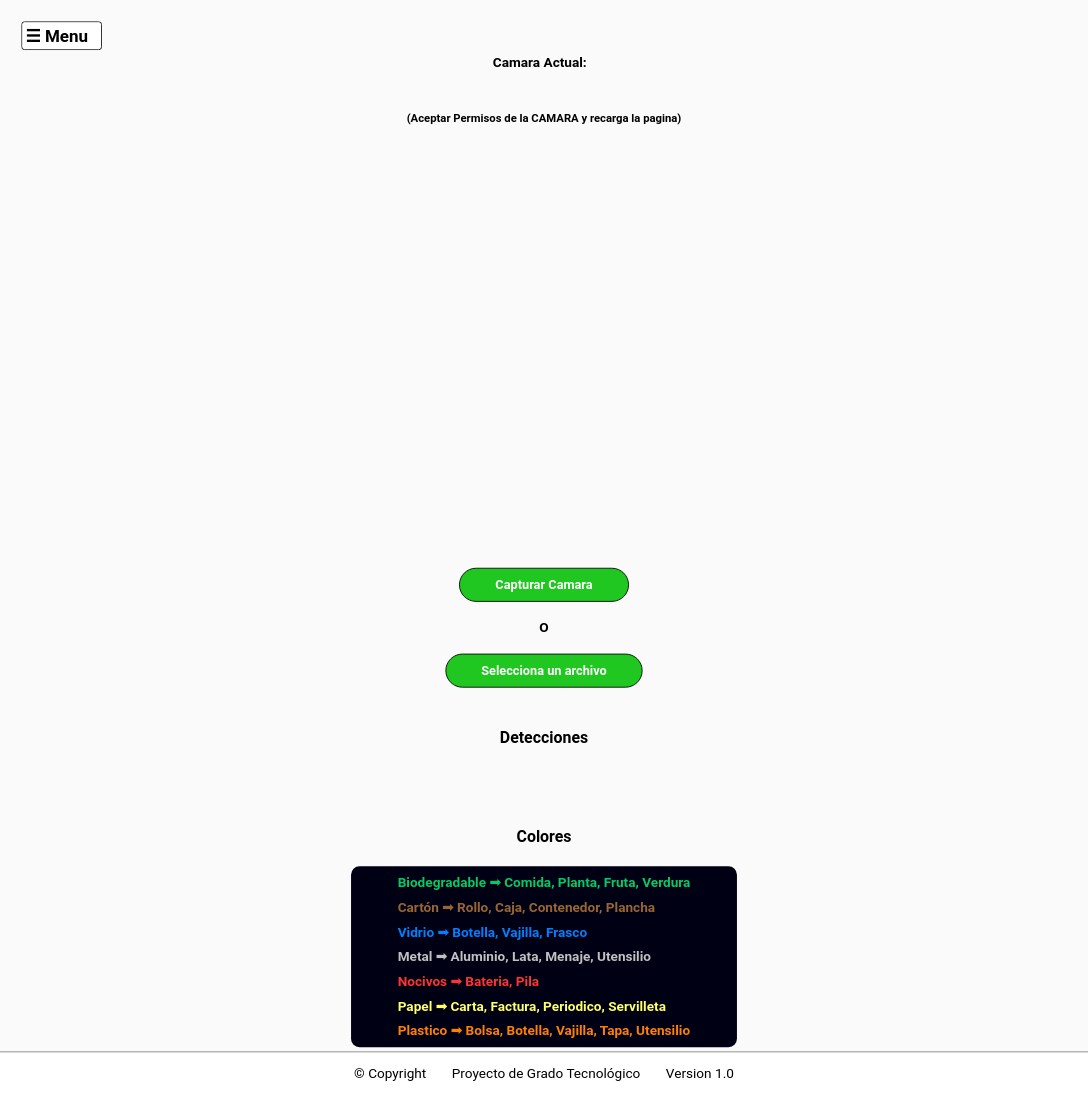
Repository: castecabas/Recicladora
Page: http://localhost/model
These files come from the project's save history. The page is drawn as it stood at one moment and after the next save; the edit follows.
The browser window is 1280 px wide. The pictures show the whole page, at 85% of full size.
Pictures or frames that could not be fetched are drawn as grey boxes. The page is served by the project's application, run on Flask 3 (src/index.py).

Above is the page before, as saved 2025-01-03 20:27:17.

After the next save:
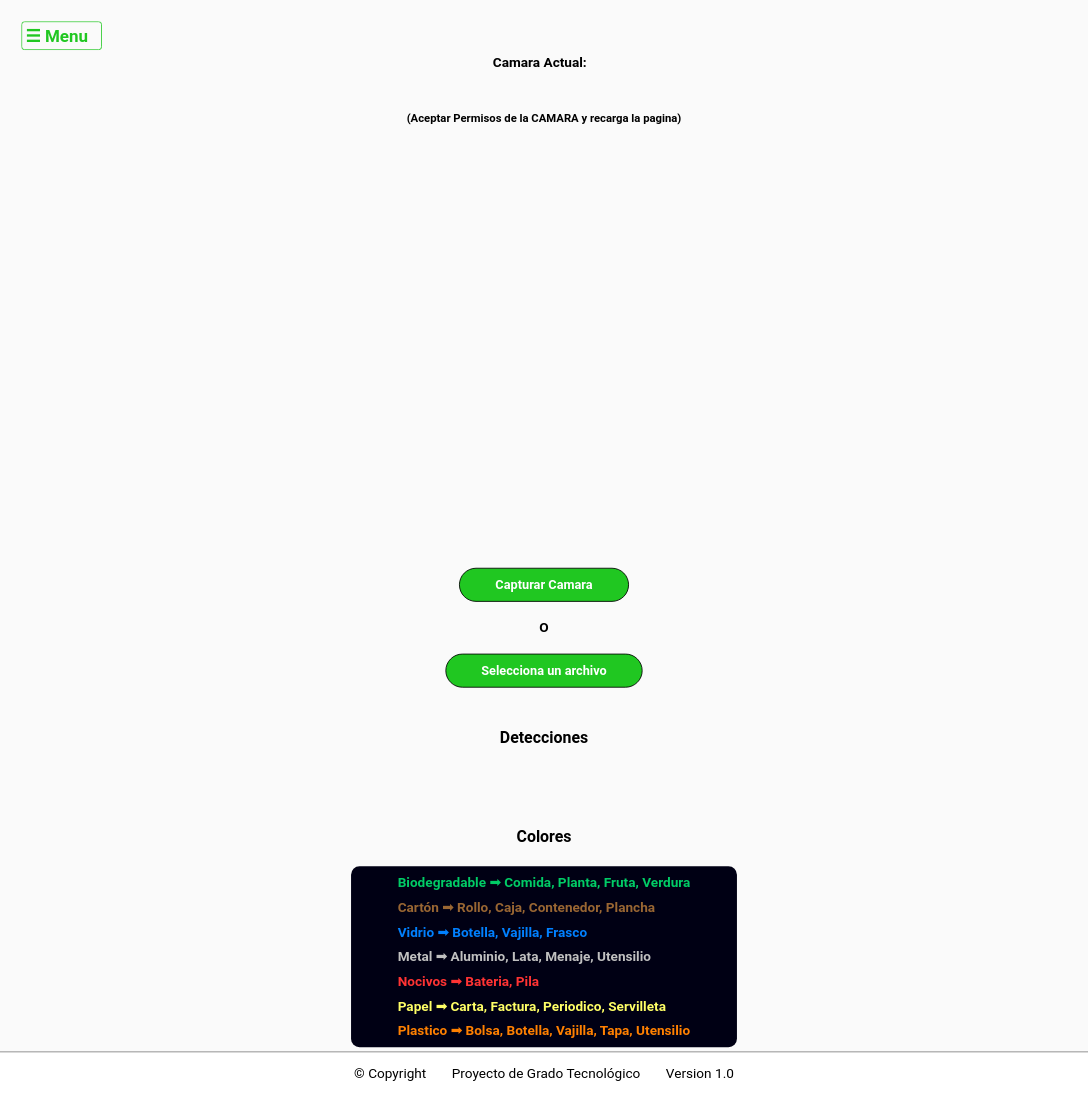
Saved 2 min 15 s later.
--- a/src/static/css/model.css
+++ b/src/static/css/model.css
@@ -19,9 +19,9 @@ main {
     font-size: 20px;
     cursor: pointer;
     position: fixed;
-    background-color: white;
     border-radius: 4px;
-    border: 1px solid black;
+    border: 1px solid var(--verde-500);
+    color: var(--verde-500);
     margin: 25px;
     padding: 4px;
     padding-right: 15px;
